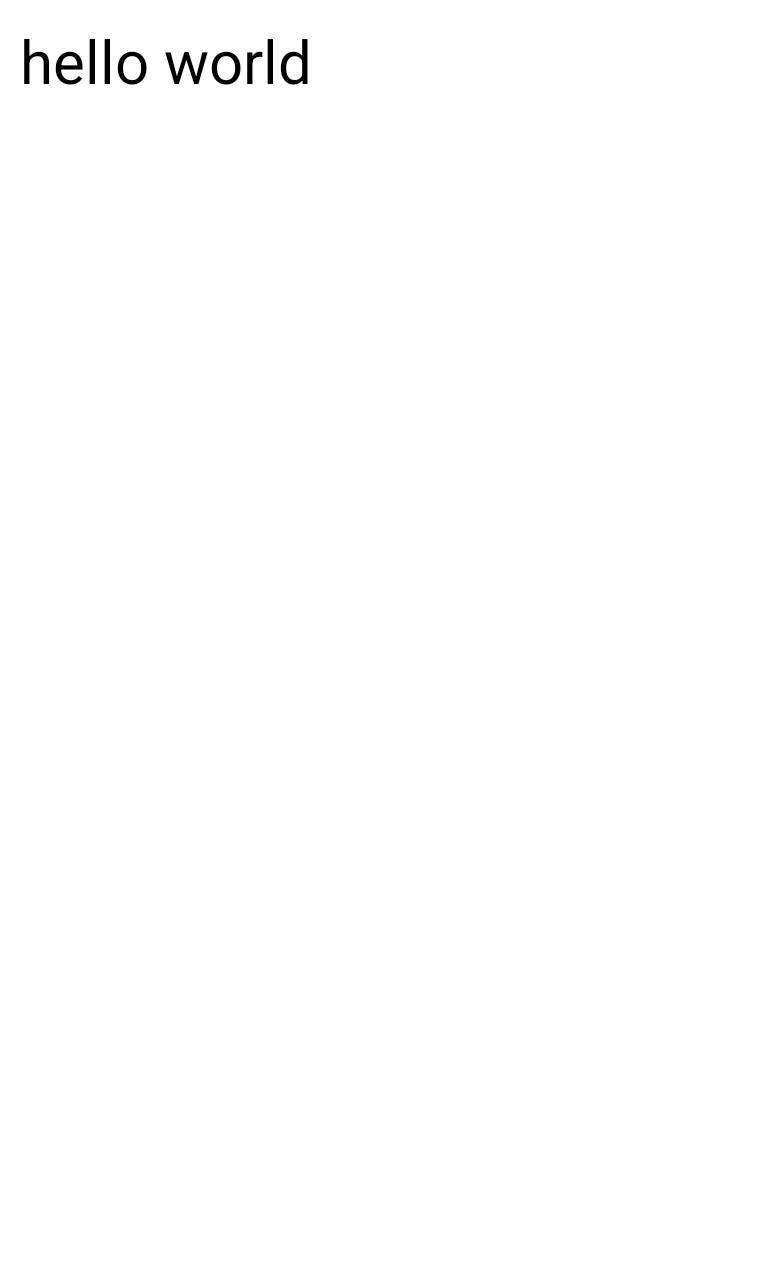
Repository: patheon17/myrepo2
Layout: workspace/UMBusTracking/res/layout/testing.xml
The author's editor kept a copy of each file at every save. The layout is drawn from the files as they stood at one save, then again after the next save.
It is drawn on a 768 x 1280 px phone screen (xhdpi) without system bars, with theme AppTheme; the app's code is not run. Lists and similar views that code fills are empty.

Above is the layout before, as saved 2013-10-03 18:28:28.

After the next save:
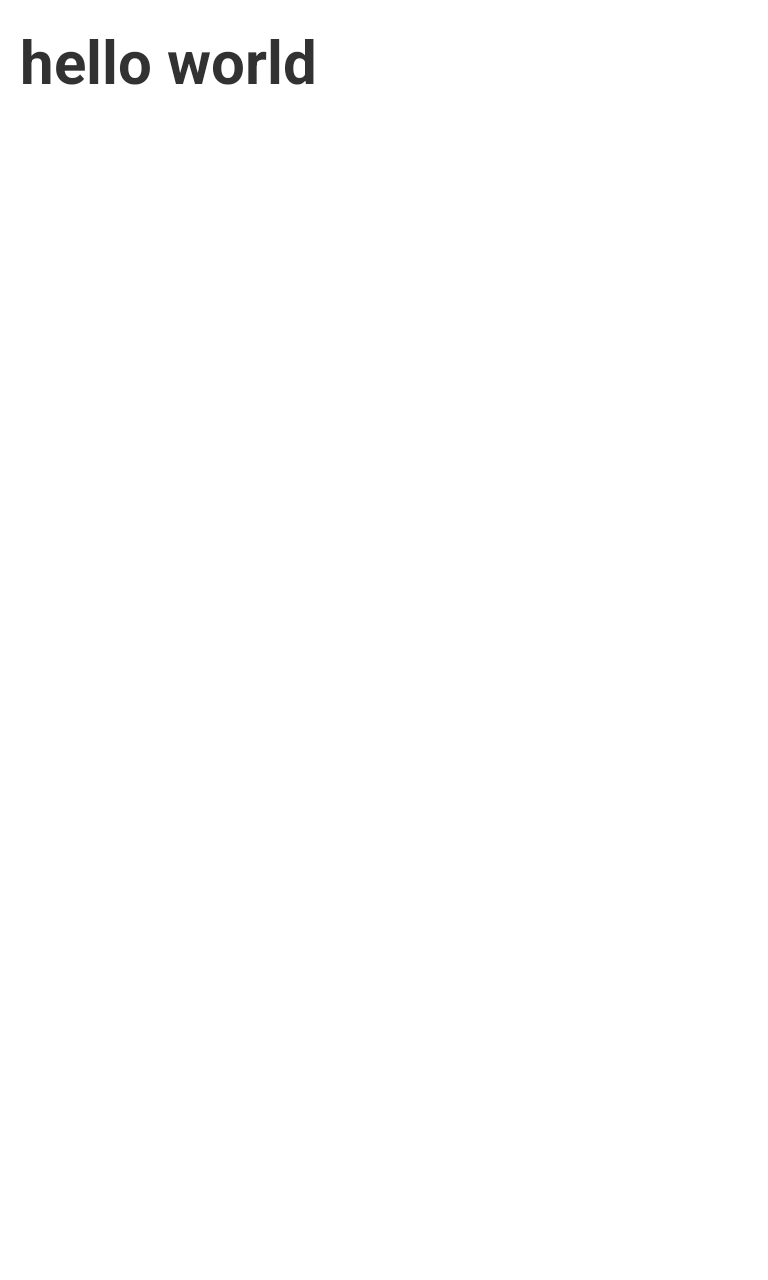
Saved 26 s later.
--- a/workspace/UMBusTracking/res/layout/testing.xml
+++ b/workspace/UMBusTracking/res/layout/testing.xml
@@ -10,7 +10,7 @@
 			android:text="hello world"
 			android:textSize="30sp"
 			android:padding="10sp"
-			android:textAppearance="bold"  />
+			android:textStyle="bold"  />
 	</RelativeLayout>
 	<LinearLayout android:id="@+id/bottom_control_bar"
 		android:layout_width="fill_parent" android:layout_height="wrap_content"
